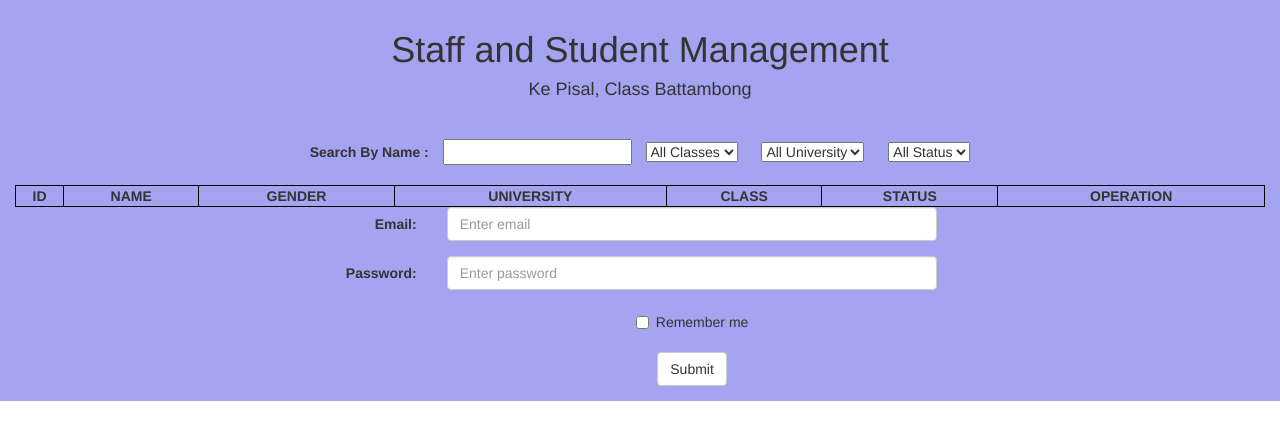
Repository: kepisal/ServletJAVA
Page: http://localhost/AjaxStaffandStudent/
The author's editor kept a copy of each file at every save. The page is drawn from the files as they stood at one save, then again after the next save.
The browser window is 1280 px wide. The pictures show the whole page.
The page is served by Tomcat 9. Queries for data that is not in the repository find no rows.

Above is the page before, as saved 2015-07-10 11:01:00.

After the next save:
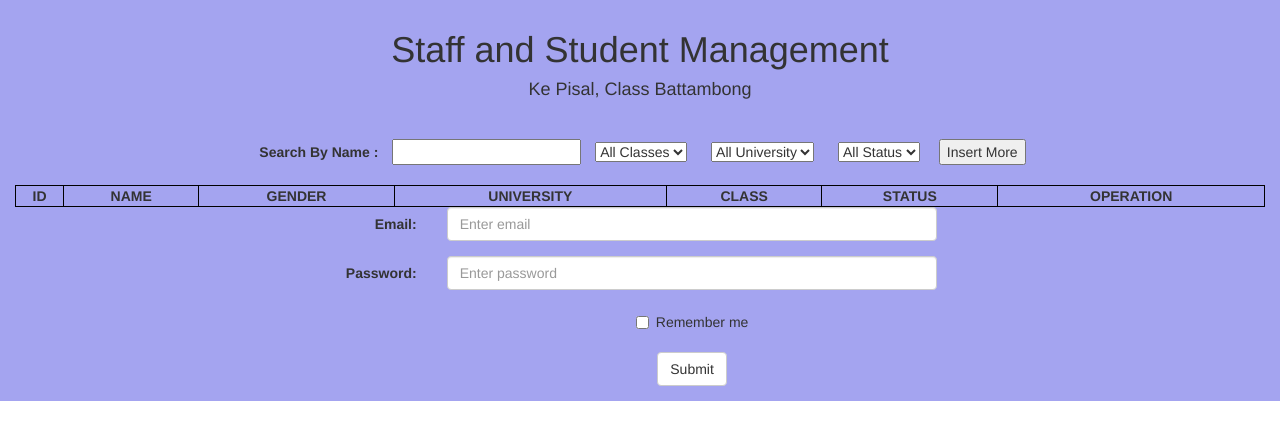
Saved 5 min 2 s later.
--- a/AjaxStaffandStudent/WebContent/index.jsp
+++ b/AjaxStaffandStudent/WebContent/index.jsp
@@ -75,6 +75,7 @@ button {
 				<option value=0>Deactive</option>
 			</select>
 		</div>
+		<button id="btnadd btn btn-success">Insert More</button>
 		<div>
 			<table class="mytb col-sm-12">
 				<thead>
